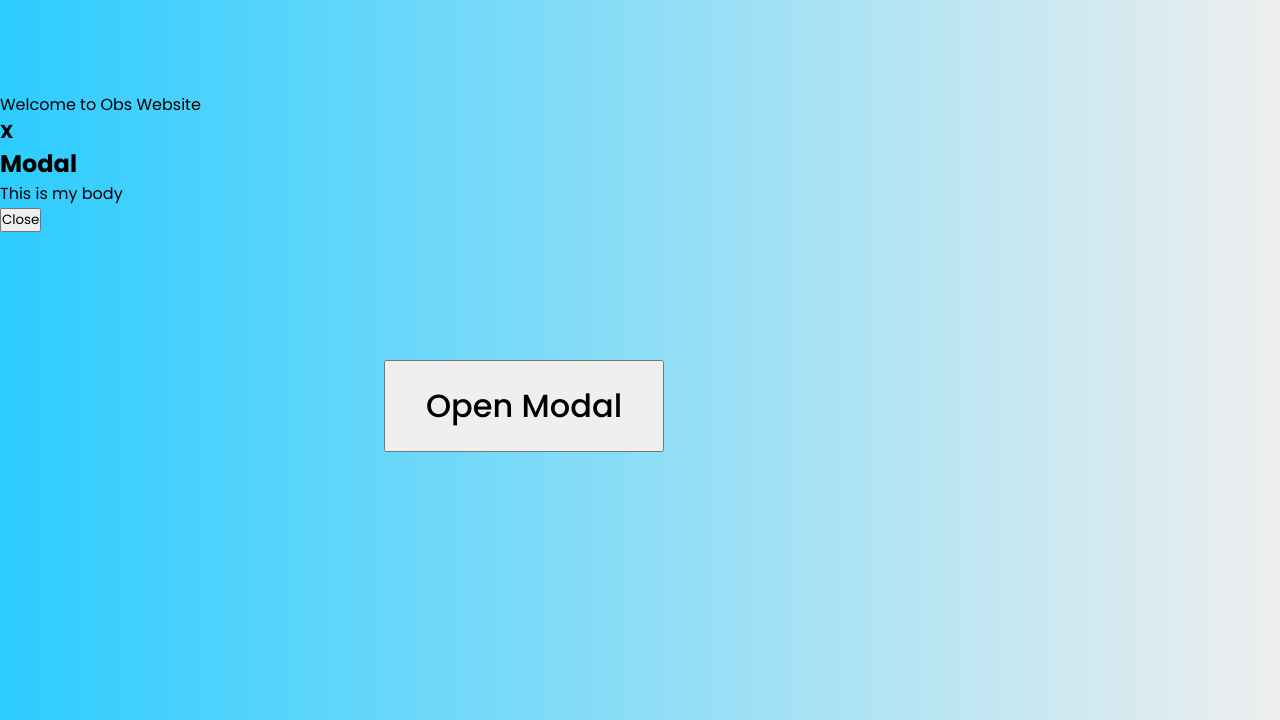
Repository: lausamtuong/Modal_card
Page: index.html
These files come from the project's save history. The page is drawn as it stood at one moment and after a run of saves; the edit follows.
The browser window is 1280 px wide. The pictures show the whole page.
The style sheet was rebuilt from its Sass, Less or Tailwind sources for each picture, by a compiler version that may differ from the author's.

Above is the page before, as saved 2021-12-14 21:33:02.

After the next 2 saves:
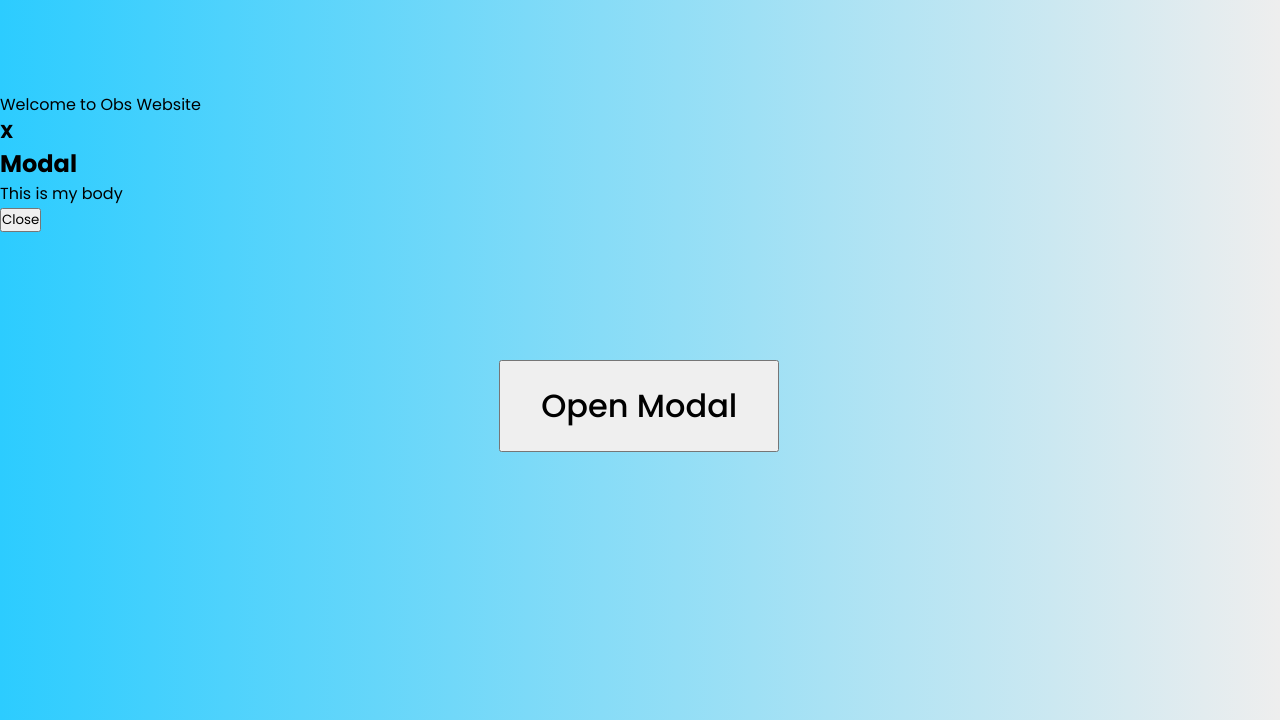
The 2 saves are shown as one change because they came seconds apart.
The last was saved 8 s later.
--- a/style.scss
+++ b/style.scss
@@ -11,7 +11,7 @@ body{
 .open__btn{
      position: relative;;
    top:50%;
-   left:30%;
+   left:39%;
    outline: none;
    padding : 20px 40px;
    font-weight: 500;
